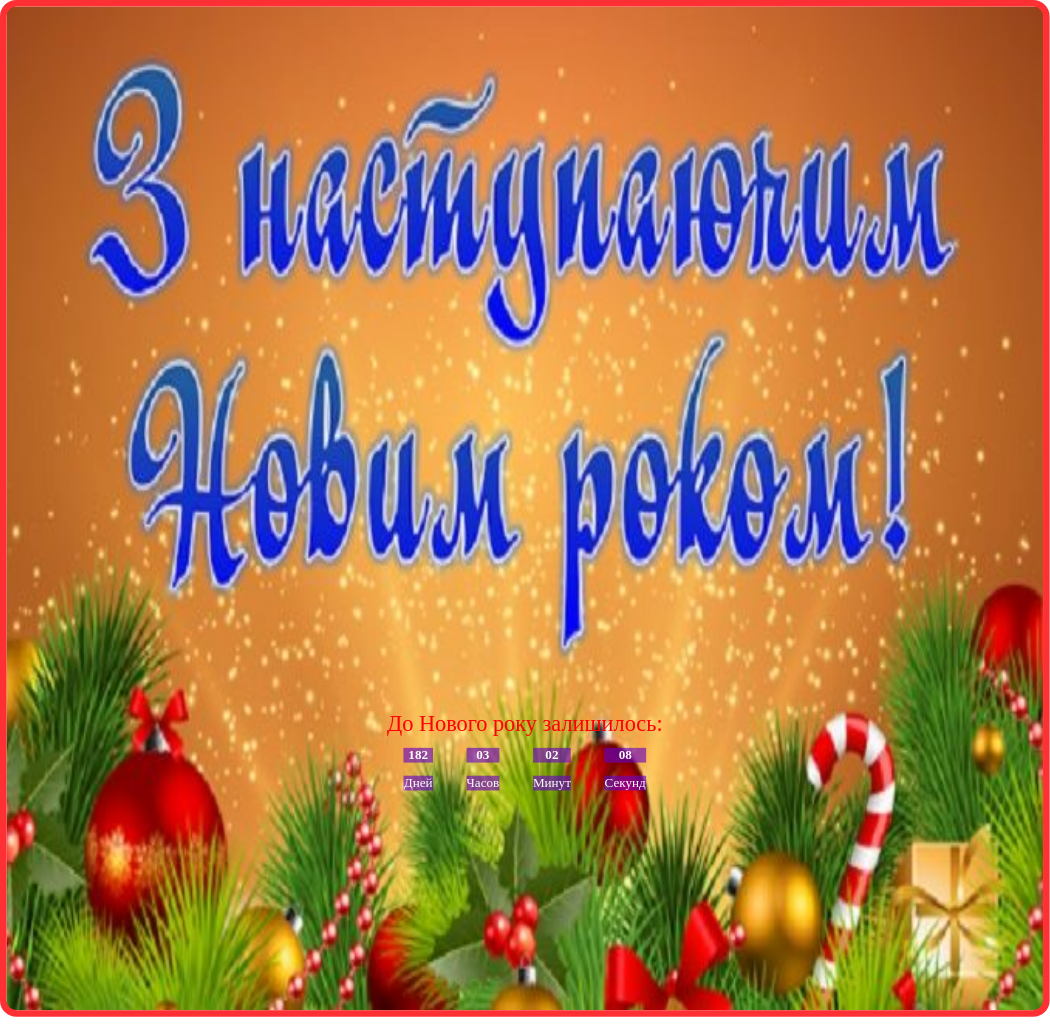
Repository: KonstantinKhamilov/JavaScript11-new-year
Page: index.html
These files come from the project's save history. The page is drawn as it stood at one moment and after the next save; the edit follows.
The browser window is 1280 px wide. The pictures show the whole page, at 82% of full size.

Above is the page before, as saved 2024-12-29 19:13:17.

### index.html
<!DOCTYPE html>
<html lang="en">
    <head>
        <title>JavaScript11</title>

        <meta charset="utf-8">
        <meta http-equiv="X-UA-Compatible" content="IE=edge">
        <meta name="description" lang="ru" content="Стили css">
        <meta name="author" content="Константин">
        <meta name="keywords" content="Программирование, уроки JavaScript">
        <meta name="robots" content="all">
        <meta name="viewport" content="width=device-width, initial-scale=1.0">
        <link rel="stylesheet" href="newYear.css" type="text/css">
</head>

<body>
   <!--
     <h1><u>Задание 1</u></h1>
    <p>Необходимо реализовать функцию, описывающую окружность.В функции должны быть следующие компоненты:</p>
<ul type="disk">
    <li>поле, хранящее радиус окружности;</li>
    <li>get-свойство, возвращающее радиус окружности;</li>
    <li>set-свойство, устанавливающее радиус окружности;</li>
    <li>get-свойство, возвращающее диаметр окружности;</li>
    <li>метод, вычисляющий площадь окружности;</li>
    <li>метод, вычисляющий длину окружности.</li>
</ul>
       <p>Продемонстрируйте работу свойств и методов.</p>
       <p>Введите радиус окружности: </p>
       <input type="text" id="rad">
        <button onclick="showResults()">Показать результаты</button>
        <p id="output"></p>

          <h1><u>Задание 2</u></h1>
          <p>Реализуйте функцию, которая описывает css класс.функция CssClass должна содержать внутри себя:</p>
          <ul type="square">
<li>название css класса;</li>
<li>массив стилей;</li>
<li>метод для установки стиля;</li>
<li>метод для удаления стиля;</li>
<li>метод getCss(), который возвращает css код в виде строки.</li>
          </ul>

          <p>Введите название класса:</p>
    <input type="text" id="class" />
    <button onclick="showCSS()">Показать результат генерации</button>
    <p id="output1"></p>

    <p>Добавить стиль:</p>
    <input type="text" id="add-style" />
    <button onclick="addStyle()">Добавить</button>

    <p>Удалить стиль:</p>
    <input type="text" id="remove-style" />
    <button onclick="removeStyle()">Удалить</button>

  <h1><u>Задание 3</u></h1>
  <p>
    Рассчитайте, сколько дней, часов, минут и секунд осталось до Нового года. Выведите эти значения красиво,
    методом document.write() или другим с тегами -p- и
    -span- и классами для них. Стили можно записать в отдельном css-файле. Если одно из чисел будет меньше 10,
    то его нужно вывести с ведущим 0, например, так:
    Сделайте свой скрипт универсальным, задав дату следующего Нового года относительно текущей даты с помощью методов объекта Date.
  </p>
  <p>Пример вывода результата задания:</p>
<img src="D:\Full Stack\Модуль\JavaScript\JavaScript11\Безымянный1.png" alt="time">
-->
<div class="box">
  <ol class="maintext">
    <li class="text">До Нового року залишилось:</li>
   <li class="count">

<ol class="time">
  <li class="timer"><h2 id="day">00</h2><p>Дней</p></li>
  <li class="timer"><h2 id="hrs">00</h2><p>Часов</p></li>
  <li class="timer"><h2 id="min">00</h2><p>Минут</p></li>
  <li class="timer"><h2 id="sec">00</h2><p>Секунд</p></li>
</ol>
  </li>
  </ol>
</div>

    <script>
/*
        //1
function Circle(radius) {
  // Сохранение значения радиуса в свойстве объекта
  this.radius = radius;
  // Определение get-свойства для получения значения радиуса
  Object.defineProperty(this, 'radius', {
    get: function() {
      // Возвращение значения радиуса
      return radius;
    },
    // Определение set-свойства для установки значения радиуса
    set: function(value) {
      // Проверка на корректность значения радиуса
      if (value <= 0) throw new Error('Invalid radius');
      // Установка нового значения радиуса
      radius = value;
    }
  });

  // Определение get-свойства для получения значения диаметра окружности
  Object.defineProperty(this, 'diameter', {
    get: function() {
      // Возвращение значения диаметра, равного удвоенному радиусу
      return 2 * radius;
    }
  });

  // Определение метода для вычисления площади окружности
  this.area = function() {
    // Возвращение площади окружности, вычисленной как произведение числа Пи на квадрат радиуса
    return Math.PI * Math.pow(radius, 2);
  }

  // Определение метода для вычисления длины окружности
  this.circumference = function() {
    // Возвращение длины окружности, вычисленной как произведение числа Пи на удвоенный радиус
    return 2 * Math.PI * radius;
  }
}

function showResults() {
    let input = document.getElementById("rad").value;
    let circle = new Circle(input);
    let output = 'Радиус: ' + circle.radius + '<br>';
    output += 'Диаметр: ' + circle.diameter + '<br>';
    output += 'Площадь: ' + circle.area() + '<br>';
    output += 'Длинна окружности: ' + circle.circumference();
    document.getElementById("output").innerHTML = output;
  }

  //2

      // Определение функции CssClass, которая принимает название CSS класса в качестве аргумента
      function CssClass(className) {
        // Сохранение значения названия CSS класса в свойстве объекта
        this.className = className;
        // Создание пустого массива для хранения стилей CSS класса
        this.styles = [];

        // Определение метода setStyle для добавления нового стиля в массив стилей
        this.setStyle = function(style) {
          // Добавление нового стиля в конец массива стилей
          this.styles.push(style);
        }

        // Определение метода removeStyle для удаления существующего стиля из массива стилей
        this.removeStyle = function(style) {
          // Поиск индекса указанного стиля в массиве стилей
          let index = this.styles.indexOf(style);
          // Если стиль найден в массиве
          if (index !== -1) {
            // Удаление стиля из массива по найденному индексу
            this.styles.splice(index, 1);
          }
        }

        // Определение метода getCss для генерации CSS кода класса в виде строки
        this.getCss = function() {
          // Создание строки с селектором CSS класса и открывающей скобкой
          let cssString = '.' + this.className + ' {\n';
          // Цикл по всем стилям в массиве стилей
          for (let i = 0; i < this.styles.length; i++) {
            // Добавление очередного стиля в строку с отступом и точкой с запятой
            cssString += '  ' + this.styles[i] + ';\n';
          }
          // Добавление закрывающей скобки в конец строки
          cssString += '}';
          // Возвращение сгенерированной строки с CSS кодом класса
          return cssString;
        }
      }
      let myClass;

      function showCSS() {
        // Получение значения из элемента input с id 'class'
        let className = document.getElementById('class').value;
        // Создание нового объекта CssClass с названием класса из элемента input
        myClass = new CssClass(className);
        // Добавление стиля 'color: red' в массив стилей класса
        myClass.setStyle('color: red');
        // Добавление стиля 'font-size: 16px' в массив стилей класса
        myClass.setStyle('font-size: 16px');
        // Вывод сгенерированного CSS кода класса в элемент p с id 'output'
        document.getElementById('output1').innerHTML = myClass.getCss();
      }

      function addStyle() {
        if (!myClass) {
          alert('Сначала нажмите кнопку "Показать результат генерации"');
          return;
        }
        // Получение значения из элемента input с id 'add-style'
        let style = document.getElementById('add-style').value;
        // Добавление стиля в массив стилей класса
        myClass.setStyle(style);
        // Вывод обновленного CSS кода класса в элемент p с id 'output'
        document.getElementById('output1').innerHTML = myClass.getCss();
      }

      function removeStyle() {
        if (!myClass) {
          alert('Сначала нажмите кнопку "Показать результат генерации"');
          return;
        }
        // Получение значения из элемента input с id 'remove-style'
        let style = document.getElementById('remove-style').value;
        // Удаление стиля из массива стилей класса
        myClass.removeStyle(style);
        // Вывод обновленного CSS кода класса в элемент p с id 'output'
        document.getElementById('output1').innerHTML = myClass.getCss();
      }
      */

//3
const day = document.getElementById('day');
const hrs = document.getElementById('hrs');
const min = document.getElementById('min');
const sec = document.getElementById('sec');
const currentYear = new Date().getFullYear();

const newYear = new Date (`1 Jan ${currentYear + 1} 00:00:00`);

function countdownDate(){
const today = Date.now()
const gap = newYear - today;
let d = Math.floor(gap/1000/60/60/24);
let h = Math.floor((gap/1000/60/60)%24);
let m = Math.floor((gap/1000/60)%60);
let s = Math.floor((gap/1000)%60);

day.innerHTML = d<10 ? '0' + d : d;
hrs.innerHTML = h<10 ? '0' + h : h;
min.innerHTML = m<10 ? '0' + m : m;
sec.innerHTML = s<10 ? '0' + s : s;
}
setInterval(countdownDate,1000);
    </script>
</body>
</html>

### newYear.css
body {
  margin: 0;
  padding: 0;
}

@media screen and (min-width: 320px) {
  .box {
    display: flex;
    flex-direction: column;
    justify-content: center;
    background-image: url("z_nastupauschim_ng_4.jpg");
    background-repeat: no-repeat;
    background-size: 100% 100%;
    border: solid 8px;
    border-radius: 20px;
    border-color: rgb(255, 48, 52);
    height: 100%;
  }

  ol {
    list-style-type: none;
    margin: auto;
    padding: 0px;
  }

  .maintext {
    padding: 60% 0 20% 0;
    gap: 10%;
  }

  .text {
    color: rgb(255, 0, 0);
    font-family: cursive;
    font-size: 1.7em;
    text-align: center;
    padding-top: 30%;
  }

  /*.count {
    display: flex;
    flex-direction: row;
    justify-content: space-around;
    width: 100%;
  }*/

  .time {
    display: flex;
    flex-direction: row;
    justify-content: space-around;
    width: 100%;
  }

  h2 {
    color: white;
    font-size: 1em;
  }

  .timer > p,
  .timer > #day,
  .timer > #hrs,
  .timer > #min,
  .timer > #sec {
    color: white;
    background-color: rgb(102, 2, 196, 0.62);
    font-size: 1em;
    text-align: center;
  }
}

After the next save:
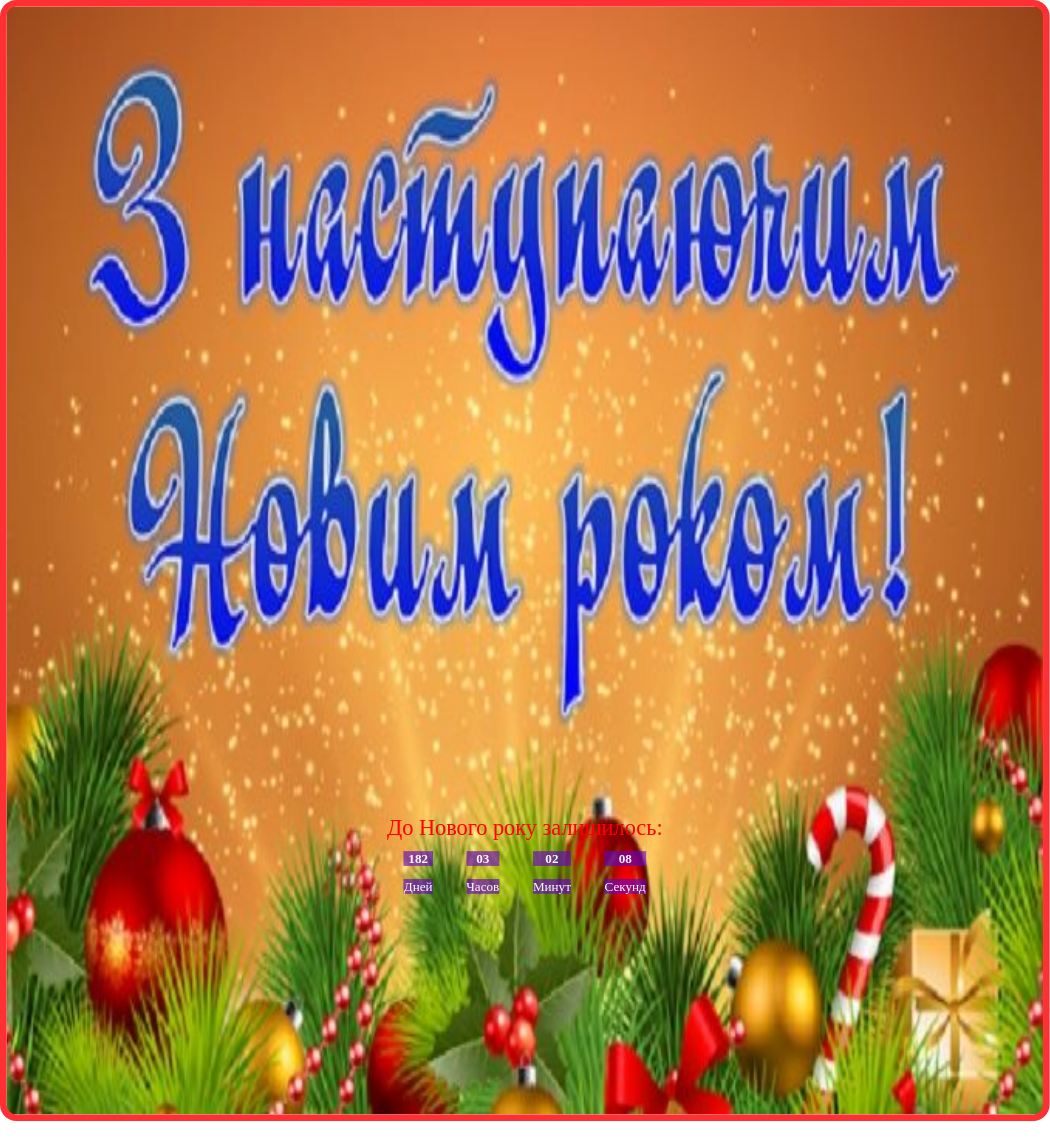
Saved 18 s later.
--- a/newYear.css
+++ b/newYear.css
@@ -24,8 +24,7 @@ body {
   }
 
   .maintext {
-    padding: 60% 0 20% 0;
-    gap: 10%;
+    padding: 70% 0 20% 0;
   }
 
   .text {
